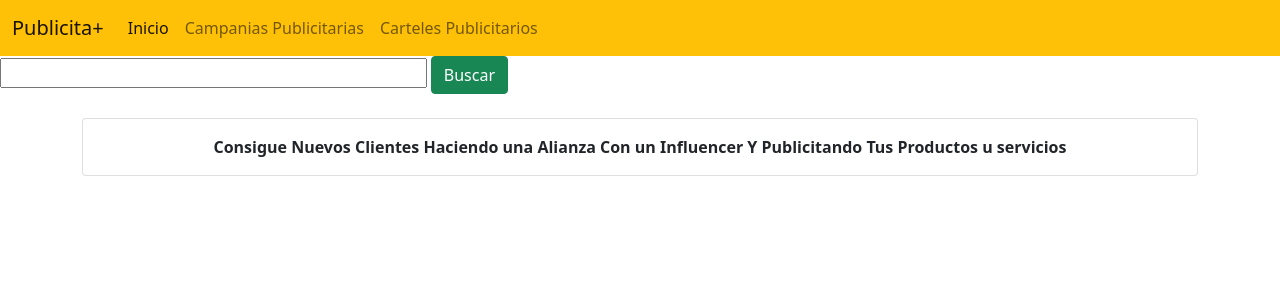
Repository: programador23/PublicitaMasWebVersionFinal
Page: http://localhost/ListaDeCampaniaNombre
An editor plug-in stored every save of this project. The page is shown before and after the next save, followed by the edit.
The browser window is 1280 px wide. The pictures show the whole page.
The page is this project's Thymeleaf template; nobody is signed in. The template is opened directly, without the code that normally fills it, so the values that code supplies are empty.

Above is the page before, as saved 2021-07-06 00:27:03.

### PublicitaMasWeb-master/src/main/resources/templates/ListaDeCampaniaNombre.html
<!DOCTYPE html>
<html xmlns:th="http://www.thymeLeaf.org">
<head>
<meta charset="ISO-8859-1">
<title>Lista de campanias</title>
<link
	href="https://cdn.jsdelivr.net/npm/bootstrap@5.0.0-beta2/dist/css/bootstrap.min.css"
	rel="stylesheet"
	integrity="sha384-BmbxuPwQa2lc/FVzBcNJ7UAyJxM6wuqIj61tLrc4wSX0szH/Ev+nYRRuWlolflfl"
	crossorigin="anonymous">

<script src="https://cdn.jsdelivr.net/npm/bootstrap@5.0.2/dist/js/bootstrap.bundle.min.js" integrity="sha384-MrcW6ZMFYlzcLA8Nl+NtUVF0sA7MsXsP1UyJoMp4YLEuNSfAP+JcXn/tWtIaxVXM" crossorigin="anonymous"></script>

</head>
<header>
	<nav class="navbar navbar-expand-lg navbar-light bg-warning">
		<div class="container-fluid">
			<a class="navbar-brand" href="#">Publicita+</a>
			<button class="navbar-toggler" type="button" data-bs-toggle="collapse" data-bs-target="#navbarNavAltMarkup"
				aria-controls="navbarNavAltMarkup" aria-expanded="false" aria-label="Toggle navigation">
				<span class="navbar-toggler-icon"></span>
			</button>
			<div class="collapse navbar-collapse" id="navbarNavAltMarkup">
				<div class="navbar-nav">
					<a class="nav-link active" aria-current="page" href="/index">Inicio</a>
					<a class="nav-link" href="/listarPublicidad">Campanias Publicitarias</a>
					<a class="nav-link" href="/listacarteles">Carteles Publicitarios</a>



				</div>
			</div>
		</div>
	</nav>
</header>

<body>
<form th:action="@{/nombre/}" th:object="${campaniapublicitaria}" method="get">
		<input type="text" th:field="*{nombre}" class="from-control col-md-4" />
		<button type="submit" class="btn btn-success">Buscar</button>
		</form>


<div class="container mt-4">

<div class="card">
  <div class="card-body text-center" >
    <b>Consigue Nuevos Clientes Haciendo una Alianza Con un Influencer Y Publicitando Tus Productos u servicios </b>
  </div>
</div>
<br>

<div class="row">
 <td th:each="campaniapublicitaria:${PublicidadPorNombre}">
<div class="card" style="width: 18rem;">
  <div class="card-body">
  <div class="thumbnail">
  <img  th:src="@{'/recursos/' + ${campaniapublicitaria.image}}" class="card-img-top" alt="" >
  </div>
    <h5 class="card-title" th:text="${campaniapublicitaria.nombre} ">Card title</h5>
    Duracion de la campania<p class="card-text" th:text="${campaniapublicitaria.duracion}"></p>
    Pago<p class="card-text" th:text="${campaniapublicitaria.valor}"></p>
    <a th:href="@{detalle/}+${campaniapublicitaria.id}" class="btn btn-warning">Ver Publicacion</a>
  </div>

</div>
<br>
</td>
</div>
</div>





</body>
</html>

After the next save:
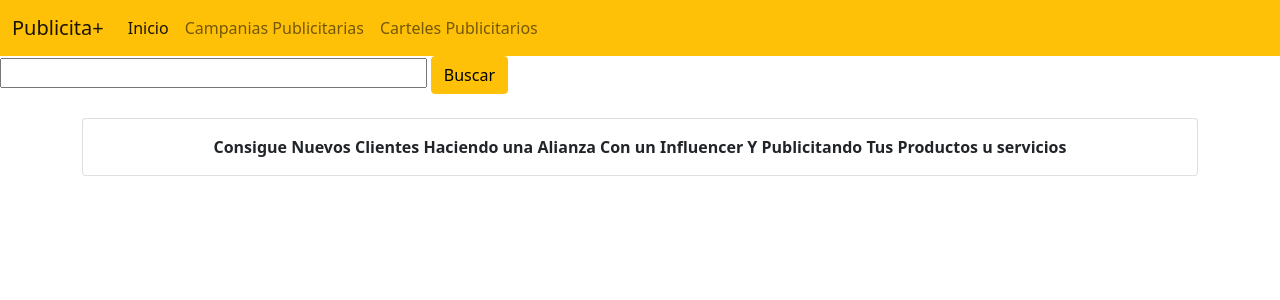
Saved 22 s later.
--- a/PublicitaMasWeb-master/src/main/resources/templates/ListaDeCampaniaNombre.html
+++ b/PublicitaMasWeb-master/src/main/resources/templates/ListaDeCampaniaNombre.html
@@ -37,7 +37,7 @@
 <body>
 <form th:action="@{/nombre/}" th:object="${campaniapublicitaria}" method="get">
 		<input type="text" th:field="*{nombre}" class="from-control col-md-4" />
-		<button type="submit" class="btn btn-success">Buscar</button>
+		<button type="submit" class="btn btn-warning">Buscar</button>
 		</form>
 
 
